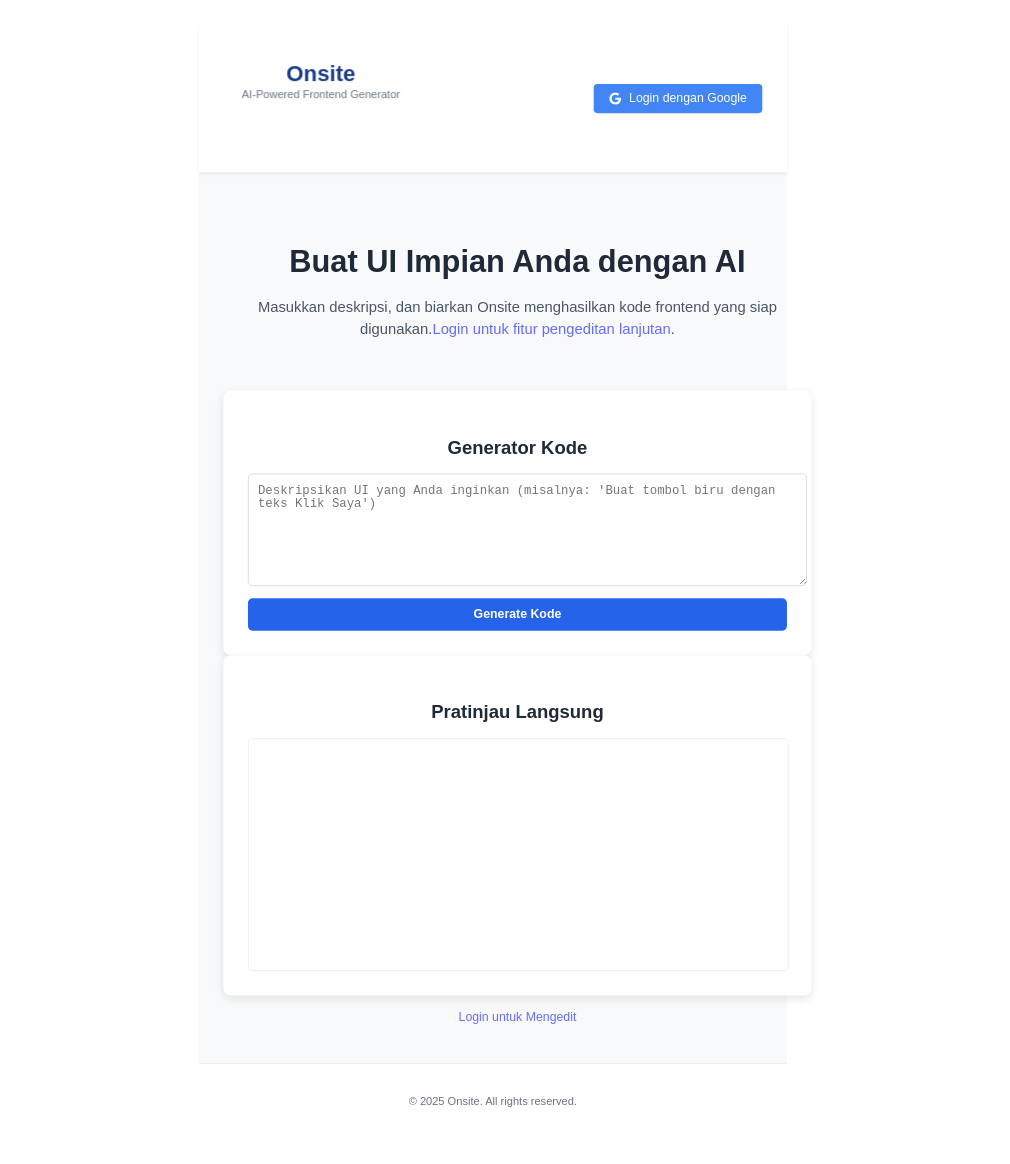
Repository: arifsoul/onsite
Page: / (app in onsite/)
The author's editor kept a copy of each file at every save. The page is drawn from the files as they stood at one save, then again after the next save.
The browser window is 1280 px wide. The page is 1280 px wide, then 1312 px, so the pictures cover 1312 px, including what lies to the right of the window. The pictures show the whole page, at 77% of full size.
The project was rebuilt for these pictures with package versions that can differ from the ones it lists, and the page was loaded fresh each time. Also part of the build but not shown: onsite/vite.config.js, onsite/src/components/Editor/CSSPanel.jsx, onsite/src/components/Editor/JSPanel.jsx, onsite/src/components/Editor/ComponentEditor.css, onsite/src/components/Editor/ComponentEditor.jsx, onsite/src/pages/Editor.jsx, onsite/src/pages/Login.css, onsite/src/pages/Login.jsx.

Above is the page before, as saved 2025-04-14 16:59:34.

### onsite/src/index.css
:root {
  font-family: system-ui, Avenir, Helvetica, Arial, sans-serif;
  line-height: 1.5;
  font-weight: 400;

  color-scheme: light dark;
  color: rgba(255, 255, 255, 0.87);
  background-color: #242424;

  font-synthesis: none;
  text-rendering: optimizeLegibility;
  -webkit-font-smoothing: antialiased;
  -moz-osx-font-smoothing: grayscale;
}

a {
  font-weight: 500;
  color: #646cff;
  text-decoration: inherit;
}
a:hover {
  color: #535bf2;
}

body {
  margin: 0;
  display: flex;
  place-items: center;
  min-width: 320px;
  min-height: 100vh;
  font-family: Arial, sans-serif;
}

h1 {
  font-size: 3.2em;
  line-height: 1.1;
}

button {
  border-radius: 8px;
  border: 1px solid transparent;
  padding: 0.6em 1.2em;
  font-size: 1em;
  font-weight: 500;
  font-family: inherit;
  background-color: #1a1a1a;
  cursor: pointer;
  transition: border-color 0.25s;
}
button:hover {
  border-color: #646cff;
}
button:focus,
button:focus-visible {
  outline: 4px auto -webkit-focus-ring-color;
}

@media (prefers-color-scheme: light) {
  :root {
    color: #213547;
    background-color: #ffffff;
  }
  a:hover {
    color: #747bff;
  }
  button {
    background-color: #f9f9f9;
  }
}

### onsite/src/App.jsx
import { BrowserRouter as Router, Routes, Route } from 'react-router-dom';
import { Auth0Provider } from '@auth0/auth0-react';
import { CodeProvider } from './context/CodeContext';
import Home from './pages/Home';
import Editor from './pages/Editor';
import Login from './pages/Login';
import './App.css';

function App() {
  return (
    <Auth0Provider
      domain={import.meta.env.VITE_AUTH0_DOMAIN}
      clientId={import.meta.env.VITE_AUTH0_CLIENT_ID}
      redirectUri={window.location.origin}
    >
      <CodeProvider>
        <Router>
          <Routes>
            <Route path="/" element={<Home />} />
            <Route path="/login" element={<Login />} />
            <Route path="/editor" element={<Editor />} />
          </Routes>
        </Router>
      </CodeProvider>
    </Auth0Provider>
  );
}

export default App;

### onsite/src/context/CodeContext.jsx
import { createContext, useState, useContext } from 'react';

const CodeContext = createContext();

export const CodeProvider = ({ children }) => {
  const [generatedCode, setGeneratedCode] = useState({
    html: '',
    css: '',
    js: '',
  });
  const [components, setComponents] = useState([]);

  const updateComponent = (id, updates) => {
    setComponents((prev) =>
      prev.map((comp) =>
        comp.id === id ? { ...comp, ...updates } : comp
      )
    );
  };

  return (
    <CodeContext.Provider
      value={{ generatedCode, setGeneratedCode, components, setComponents, updateComponent }}
    >
      {children}
    </CodeContext.Provider>
  );
};

export const useCode = () => useContext(CodeContext);

### onsite/src/pages/Home.jsx
import { useAuth0 } from '@auth0/auth0-react';
import AIGenerator from '../components/Generator/AIGenerator';
import GoogleLogin from '../components/Auth/GoogleLogin';
import LivePreview from '../components/Preview/LivePreview';
import { Link } from 'react-router-dom';
import './Home.css';

const Home = () => {
  const { isAuthenticated } = useAuth0();

  return (
    <div className="home-container">
      <header className="home-header">
        <div className="logo">
          <h1>Onsite</h1>
          <span>AI-Powered Frontend Generator</span>
        </div>
        <GoogleLogin />
      </header>
      <main className="home-main">
        <section className="hero-section">
          <h2>Buat UI Impian Anda dengan AI</h2>
          <p>
            Masukkan deskripsi, dan biarkan Onsite menghasilkan kode frontend yang siap digunakan.
            {isAuthenticated ? (
              <Link to="/editor">Edit lebih lanjut di editor visual</Link>
            ) : (
              <Link to="/login">Login untuk fitur pengeditan lanjutan</Link>
            )}.
          </p>
        </section>
        <section className="generator-section">
          <div className="card">
            <h3>Generator Kode</h3>
            <AIGenerator />
          </div>
          <div className="card">
            <h3>Pratinjau Langsung</h3>
            <LivePreview />
          </div>
        </section>
        <section className="cta-section">
          {isAuthenticated ? (
            <Link to="/editor" className="cta-button">
              Buka Editor Visual
            </Link>
          ) : (
            <p>
              <Link to="/login" className="cta-button secondary">
                Login untuk Mengedit
              </Link>
            </p>
          )}
        </section>
      </main>
      <footer className="home-footer">
        <p>&copy; 2025 Onsite. All rights reserved.</p>
      </footer>
    </div>
  );
};

export default Home;

### onsite/src/components/Generator/AIGenerator.jsx
import { useState } from 'react';
import { useCode } from '../../context/CodeContext';
import { generateCode } from '../../services/deepseekApi';
import './AIGenerator.css';

const AIGenerator = () => {
  const [prompt, setPrompt] = useState('');
  const [error, setError] = useState(null);
  const { setGeneratedCode, setComponents } = useCode();

  const handleGenerate = async () => {
    try {
      setError(null);
      const response = await generateCode(prompt);
      const { html, css, js, components } = response.data;
      setGeneratedCode({ html, css, js });
      setComponents(components || []);
    } catch (error) {
      console.error('Error in AIGenerator:', error);
      setError(error.message);
    }
  };

  return (
    <div className="generator-container">
      <textarea
        value={prompt}
        onChange={(e) => setPrompt(e.target.value)}
        placeholder="Deskripsikan UI yang Anda inginkan (misalnya: 'Buat tombol biru dengan teks Klik Saya')"
        className="prompt-input"
      />
      <button onClick={handleGenerate} className="generate-btn">
        Generate Kode
      </button>
      {error && <p className="error-message">{error}</p>}
    </div>
  );
};

export default AIGenerator;

### onsite/src/components/Auth/GoogleLogin.jsx
import { useAuth0 } from '@auth0/auth0-react';
import { FaGoogle } from 'react-icons/fa';
import './GoogleLogin.css';

const GoogleLogin = () => {
  const { loginWithRedirect, isAuthenticated, user, logout } = useAuth0();

  return (
    <div>
      {isAuthenticated ? (
        <div className="user-info">
          <img src={user?.picture} alt={user?.name} />
          <span>{user?.name}</span>
          <button
            className="logout-btn"
            onClick={() => logout({ returnTo: window.location.origin })}
          >
            Logout
          </button>
        </div>
      ) : (
        <button
          className="google-login-btn"
          onClick={() => loginWithRedirect({ connection: 'google-oauth2' })}
        >
          <FaGoogle /> Login dengan Google
        </button>
      )}
    </div>
  );
};

export default GoogleLogin;

### onsite/src/components/Preview/LivePreview.jsx
import { useCode } from '../../context/CodeContext';
import './LivePreview.css';

const LivePreview = () => {
  const { generatedCode, components } = useCode();

  const combinedHTML = `
    <style>${generatedCode.css}</style>
    ${components.map((comp) => comp.html).join('')}
    <script>${generatedCode.js}</script>
  `;

  return (
    <div className="preview-container">
      <iframe
        srcDoc={combinedHTML}
        title="Live Preview"
        className="preview-iframe"
      />
    </div>
  );
};

export default LivePreview;

### onsite/src/pages/Home.css
/* src/pages/Home.css */
.home-container {
    display: flex;
    flex-direction: column;
    min-height: 100vh;
    background-color: #f8f9fa;
  }

  /* Header */
  .home-header {
    display: flex;
    justify-content: space-between;
    align-items: center;
    padding: 1.5rem 2rem;
    background-color: #ffffff;
    box-shadow: 0 2px 4px rgba(0, 0, 0, 0.08);
    position: sticky;
    top: 0;
    z-index: 100;
  }

  .logo h1 {
    font-size: 1.8rem;
    color: #1a3c87;
    margin: 0;
  }

  .logo span {
    font-size: 0.9rem;
    color: #6b7280;
    display: block;
  }

  /* Main Content */
  .home-main {
    flex: 1;
    padding: 2rem;
    max-width: 1400px;
    margin: 0 auto;
    width: 100%;
  }

  /* Hero Section */
  .hero-section {
    text-align: center;
    margin-bottom: 4rem;
  }

  .hero-section h2 {
    font-size: 2.5rem;
    color: #1f2937;
    margin-bottom: 1rem;
  }

  .hero-section p {
    font-size: 1.2rem;
    color: #4b5563;
    max-width: 700px;
    margin: 0 auto 1.5rem;
  }

  .hero-cta {
    display: inline-block;
    padding: 0.75rem 2rem;
    background-color: #2563eb;
    color: #ffffff;
    text-decoration: none;
    border-radius: 6px;
    font-size: 1.1rem;
    font-weight: 600;
    transition: background-color 0.2s;
  }

  .hero-cta:hover {
    background-color: #1d4ed8;
  }

  /* Features Section */
  .features-section {
    display: grid;
    grid-template-columns: repeat(auto-fit, minmax(300px, 1fr));
    gap: 2rem;
    margin-bottom: 3rem;
  }

  .card {
    background-color: #ffffff;
    border-radius: 10px;
    box-shadow: 0 4px 12px rgba(0, 0, 0, 0.1);
    padding: 2rem;
    transition: transform 0.3s ease, box-shadow 0.3s ease;
  }

  .card:hover {
    transform: translateY(-8px);
    box-shadow: 0 6px 16px rgba(0, 0, 0, 0.15);
  }

  .card h3 {
    font-size: 1.5rem;
    color: #1f2937;
    margin-bottom: 1rem;
  }

  .card p {
    font-size: 1rem;
    color: #4b5563;
    line-height: 1.6;
  }

  .description-card {
    display: flex;
    flex-direction: column;
    justify-content: center;
  }

  /* Footer */
  .home-footer {
    text-align: center;
    padding: 1.5rem;
    background-color: #ffffff;
    border-top: 1px solid #e5e7eb;
    color: #6b7280;
    font-size: 0.9rem;
  }

  /* Responsive Design */
  @media (max-width: 1024px) {
    .features-section {
      grid-template-columns: 1fr;
    }
  }

  @media (max-width: 768px) {
    .home-header {
      flex-direction: column;
      gap: 1rem;
      text-align: center;
    }

    .hero-section h2 {
      font-size: 2rem;
    }

    .hero-section p {
      font-size: 1rem;
    }

    .hero-cta {
      padding: 0.6rem 1.5rem;
      font-size: 1rem;
    }

    .card {
      padding: 1.5rem;
    }
  }

### onsite/src/pages/Editor.css
.editor-page {
    padding: 20px;
  }

  header {
    display: flex;
    justify-content: space-between;
    align-items: center;
    margin-bottom: 20px;
  }

  .editor-layout {
    display: grid;
    grid-template-columns: 1fr 1fr;
    gap: 20px;
  }

  .editor-section,
  .preview-section {
    height: 80vh;
    overflow-y: auto;
  }

### onsite/src/services/deepseekApi.js
import axios from 'axios';

const API_KEY = import.meta.env.VITE_DEEPSEEK_API_KEY;
const BASE_URL = 'https://api.deepseek.com';

export const generateCode = async (prompt) => {
  if (!API_KEY) {
    throw new Error('DeepSeek API key is missing. Please set VITE_DEEPSEEK_API_KEY in .env.');
  }

  if (!prompt || prompt.trim() === '') {
    throw new Error('Prompt cannot be empty.');
  }

  try {
    const response = await axios.post(
      `${BASE_URL}/chat/completions`,
      {
        model: 'deepseek-chat',
        messages: [
          {
            role: 'system',
            content:
              'You are an AI that generates React component code (HTML, CSS, JS) based on user descriptions. Return structured JSON with html, css, js, and components array.',
          },
          { role: 'user', content: prompt },
        ],
        stream: false,
      },
      {
        headers: {
          'Content-Type': 'application/json',
          Authorization: `Bearer ${API_KEY}`,
        },
      }
    );
    return response;
  } catch (error) {
    console.error('DeepSeek API Error:', {
      message: error.message,
      status: error.response?.status,
      data: error.response?.data,
    });
    throw new Error(
      error.response?.data?.error?.message || 'Failed to generate code. Please check API key and network.'
    );
  }
};

### onsite/src/components/Generator/AIGenerator.css
.generator-container {
  display: flex;
  flex-direction: column;
  gap: 1rem;
}

.prompt-input {
  width: 100%;
  min-height: 120px;
  padding: 0.75rem;
  border: 1px solid #d1d5db;
  border-radius: 6px;
  font-size: 1rem;
  resize: vertical;
  transition: border-color 0.2s;
}

.prompt-input:focus {
  outline: none;
  border-color: #2563eb;
  box-shadow: 0 0 0 3px rgba(37, 99, 235, 0.1);
}

.generate-btn {
  padding: 0.75rem 1.5rem;
  background-color: #2563eb;
  color: #ffffff;
  border: none;
  border-radius: 6px;
  font-size: 1rem;
  font-weight: 600;
  cursor: pointer;
  transition: background-color 0.2s;
}

.generate-btn:hover {
  background-color: #1d4ed8;
}

.error-message {
  color: #dc2626;
  font-size: 0.9rem;
  margin-top: 0.5rem;
}

### onsite/src/components/Auth/GoogleLogin.css
.google-login-btn {
  display: flex;
  align-items: center;
  gap: 10px;
  padding: 10px 20px;
  background-color: #4285f4;
  color: white;
  border: none;
  border-radius: 5px;
  cursor: pointer;
  font-size: 16px;
}

.user-info {
  display: flex;
  align-items: center;
  gap: 10px;
}

.user-info img {
  border-radius: 50%;
  width: 40px;
  height: 40px;
}

.logout-btn {
  padding: 5px 10px;
  background-color: #dc3545;
  color: white;
  border: none;
  border-radius: 5px;
  cursor: pointer;
}

### onsite/src/components/Preview/LivePreview.css
.preview-container {
  width: 100%;
  height: 300px;
  border: 1px solid #e5e7eb;
  border-radius: 6px;
  overflow: hidden;
}

.preview-iframe {
  width: 100%;
  height: 100%;
  border: none;
  background-color: #ffffff;
}

Loaded but not shown: onsite/index.html (common file); onsite/src/main.jsx (common file); onsite/src/App.css (common file)

After the next save:
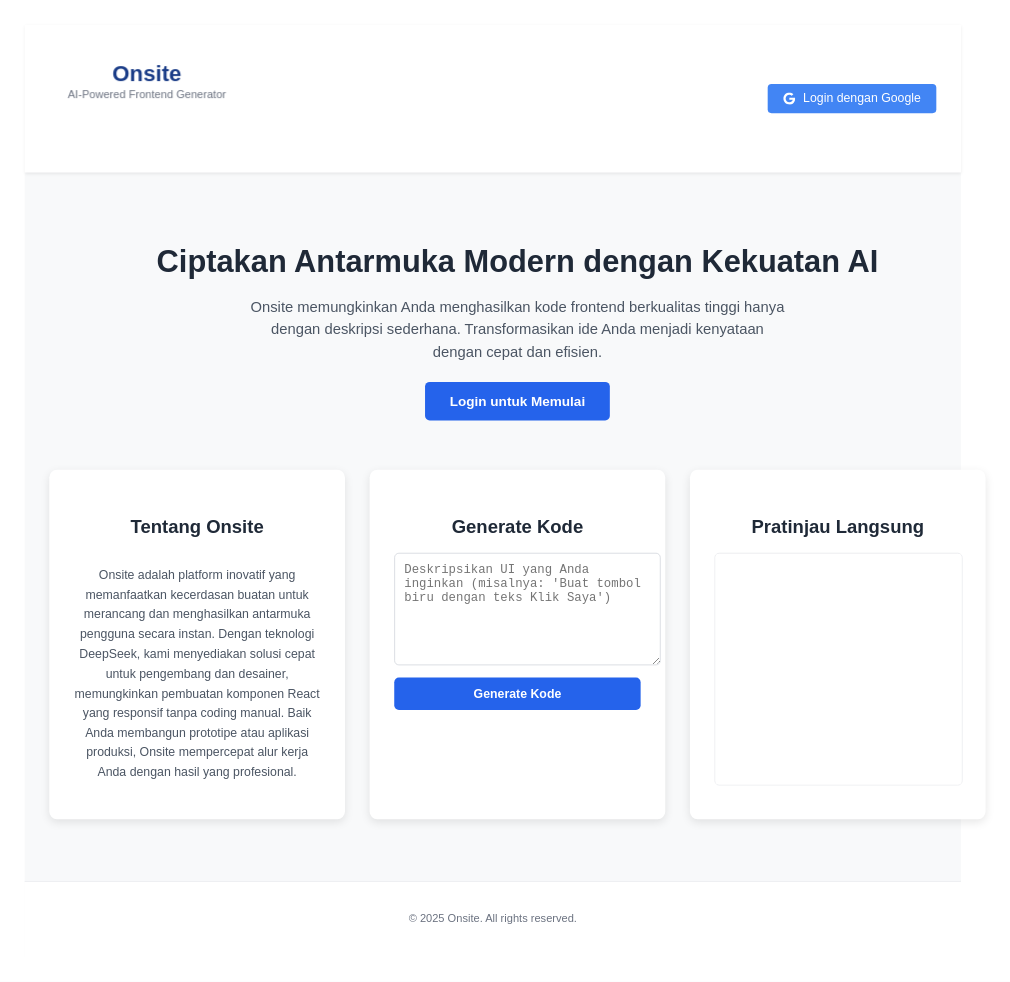
Saved 22 s later.
--- a/onsite/src/pages/Home.jsx
+++ b/onsite/src/pages/Home.jsx
@@ -19,42 +19,36 @@
       </header>
       <main className="home-main">
         <section className="hero-section">
-          <h2>Buat UI Impian Anda dengan AI</h2>
+          <h2>Ciptakan Antarmuka Modern dengan Kekuatan AI</h2>
           <p>
-            Masukkan deskripsi, dan biarkan Onsite menghasilkan kode frontend yang siap digunakan.
-            {isAuthenticated ? (
-              <Link to="/editor">Edit lebih lanjut di editor visual</Link>
-            ) : (
-              <Link to="/login">Login untuk fitur pengeditan lanjutan</Link>
-            )}.
+            Onsite memungkinkan Anda menghasilkan kode frontend berkualitas tinggi hanya dengan deskripsi sederhana.
+            Transformasikan ide Anda menjadi kenyataan dengan cepat dan efisien.
           </p>
+          <Link to={isAuthenticated ? '/editor' : '/login'} className="hero-cta">
+            {isAuthenticated ? 'Mulai Mengedit' : 'Login untuk Memulai'}
+          </Link>
         </section>
-        <section className="generator-section">
-          <div className="card">
-            <h3>Generator Kode</h3>
+        <section className="features-section">
+          <div className="card description-card">
+            <h3>Tentang Onsite</h3>
+            <p>
+              Onsite adalah platform inovatif yang memanfaatkan kecerdasan buatan untuk merancang dan menghasilkan antarmuka pengguna secara instan.
+              Dengan teknologi DeepSeek, kami menyediakan solusi cepat untuk pengembang dan desainer, memungkinkan pembuatan komponen React yang responsif tanpa coding manual.
+              Baik Anda membangun prototipe atau aplikasi produksi, Onsite mempercepat alur kerja Anda dengan hasil yang profesional.
+            </p>
+          </div>
+          <div className="card generator-card">
+            <h3>Generate Kode</h3>
             <AIGenerator />
           </div>
-          <div className="card">
+          <div className="card preview-card">
             <h3>Pratinjau Langsung</h3>
             <LivePreview />
           </div>
         </section>
-        <section className="cta-section">
-          {isAuthenticated ? (
-            <Link to="/editor" className="cta-button">
-              Buka Editor Visual
-            </Link>
-          ) : (
-            <p>
-              <Link to="/login" className="cta-button secondary">
-                Login untuk Mengedit
-              </Link>
-            </p>
-          )}
-        </section>
       </main>
       <footer className="home-footer">
-        <p>&copy; 2025 Onsite. All rights reserved.</p>
+        <p>© 2025 Onsite. All rights reserved.</p>
       </footer>
     </div>
   );
